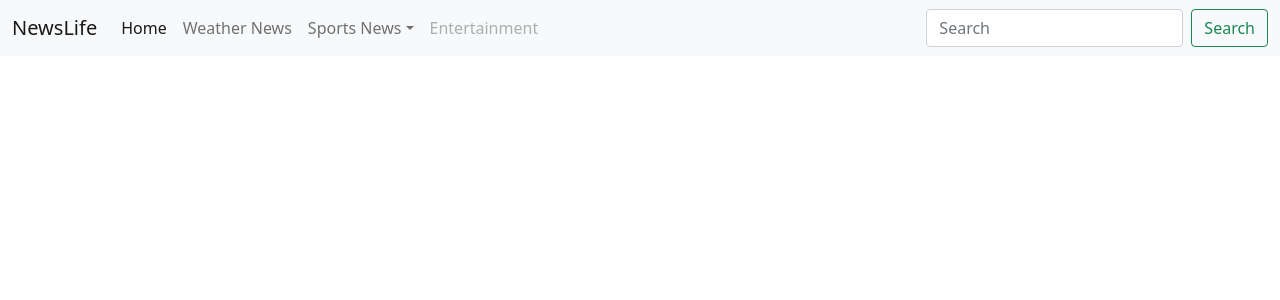
Repository: R-cpu-jpg/Newsapp.github.io
Page: /
The author's editor kept a copy of each file at every save. The page is drawn from the files as they stood at one save, then again after the next save.
The browser window is 1280 px wide. The pictures show the whole page.
The project was rebuilt for these pictures with package versions that can differ from the ones it lists, and the page was loaded fresh each time. Also part of the build but not shown: src/index.css, src/App.css.

Above is the page before, as saved 2023-01-18 11:02:31.

After the next save:
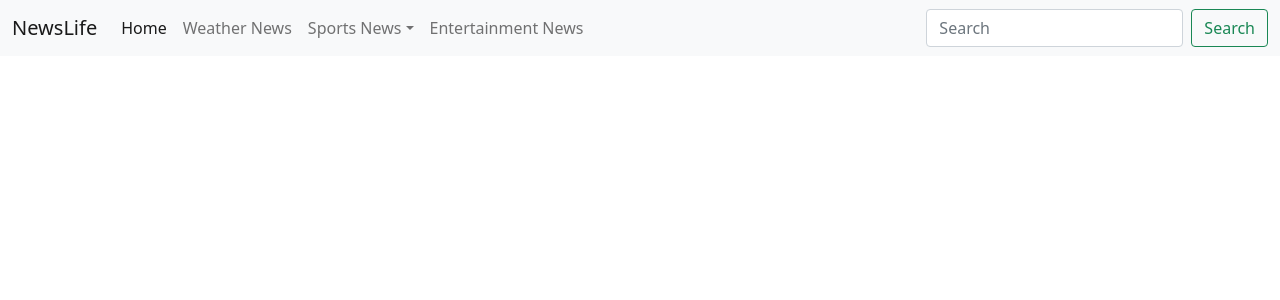
Saved 54 s later.
--- a/src/Components/Navbar.js
+++ b/src/Components/Navbar.js
@@ -34,7 +34,7 @@
                     </ul>
                     </li>
                     <li className="nav-item">
-                    <a className="nav-link disabled" href="#" tabIndex="-1" aria-disabled="true">Entertainment</a>
+                    <a className="nav-link" href="#">Entertainment News</a>
                     </li>
                 </ul>
                 <form className="d-flex">
